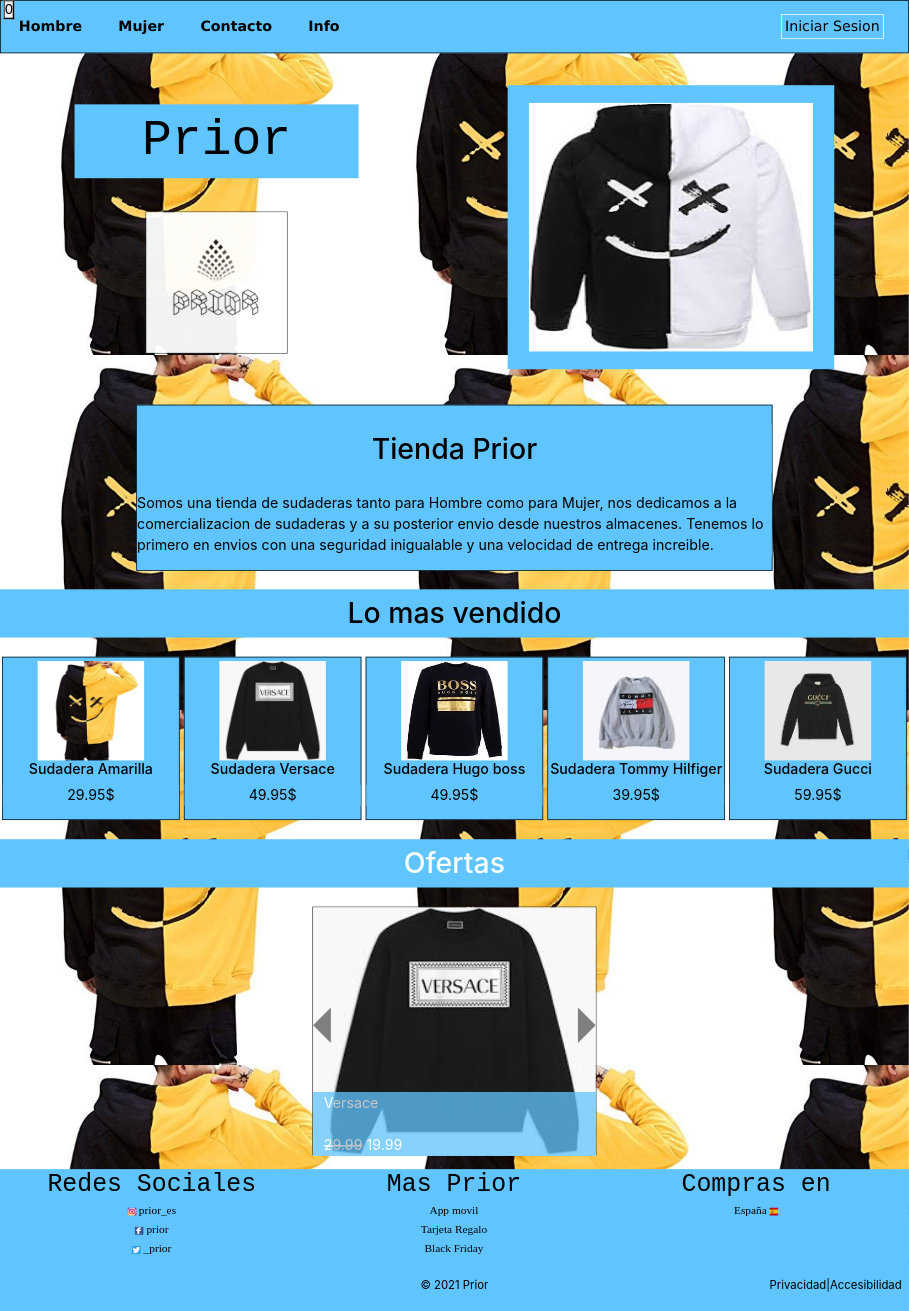
Repository: danilugones10/Proyecto
Page: hombre.html
These files come from the project's save history. The page is drawn as it stood at one moment and after the next save; the edit follows.
The browser window is 1280 px wide. The pictures show the whole page, at 71% of full size.

Above is the page before, as saved 2021-03-08 17:18:24.

### hombre.html
<!DOCTYPE html>
<html lang="en">
<head>
    <meta charset="UTF-8">
    <meta name="viewport" content="width=device-width, initial-scale=1.0">
    <title>Document</title>
    <link rel="stylesheet" href="bootstrap-4.6.0-dist/css/bootstrap.min.css">
    <link rel="stylesheet" href="css/normalize.css">
    <link rel="stylesheet" href="css/style.css">
</head>
<body class="body">
    <header class="header">

    </header>



    <main class="main">

        <section class="section1">
            <div class="section1-titulo">
                <div class="section1-titulo__fondo color__claro">
                    <h1 class="section1-titulo__h1">Prior</h1>
                </div>
                <img src="css/img/Prior.PNG" class="prior-img">
            </div>
            <div class="section1-img color__claro">
                <img src="css/img/sudadera1.jpg" alt="">
            </div>
        </section>

        <section class="section2">
            <div class="section2-prior color__claro">
                <h1>Tienda Prior</h1>
                <p>Somos una tienda de sudaderas tanto para Hombre como para Mujer,
                    nos dedicamos a la comercializacion de sudaderas y a su posterior envio
                    desde nuestros almacenes. Tenemos lo primero en envios con una seguridad
                    inigualable y una velocidad de entrega increible.
                </p>
            </div>
        </section>

        <section class="section3">
            <div class="section3-h1">
                <h1 class="section3-h1-color color__claro">Lo mas vendido</h1>
            </div>
            <div class="section3-imagenes">
                <div class="section3-imagenes__contenedor color__claro">
                    <div class="fondo">
                            <img src="css/img/sudadera_fondo.jpg" width="150px" height="140px" alt="">
                            <h3>Sudadera Amarilla</h3>
                            <p>29.95$</p>
                            <button>Ver detalles</button>
                    </div>
                </div>
                <div class="section3-imagenes__contenedor color__claro">
                    <div class="fondo">
                        <img src="css/img/imagenes/1.jpg" width="150px" height="140px" alt="">
                        <h3>Sudadera Versace</h3>
                        <p>49.95$</p>
                        <button>Ver detalles</button>
                    </div>
                </div>
                <div class="section3-imagenes__contenedor color__claro">
                    <div class="fondo">
                        <img src="css/img/imagenes/2.jpg" width="150px" height="140px" alt="">
                        <h3>Sudadera Hugo boss</h3>
                        <p>49.95$</p>
                        <button>Ver detalles</button>
                    </div>
                </div>
                <div class="section3-imagenes__contenedor color__claro">
                    <div class="fondo">
                        <img src="css/img/imagenes/3.jpg" width="150px" height="140px" alt="">
                        <h3>Sudadera Tommy Hilfiger</h3>
                        <p>39.95$</p>
                        <button>Ver detalles</button>
                    </div>
                </div>
                <div class="section3-imagenes__contenedor color__claro">
                    <div class="fondo">
                        <img src="css/img/imagenes/5.jpg" width="150px" height="140px" alt="">
                        <h3>Sudadera Gucci</h3>
                        <p>59.95$</p>
                        <button>Ver detalles</button>
                    </div>
                </div>
            </div>
        </section>

        <section class="section4">
            <h1 class="section4-h1 color__claro">Ofertas</h1>
            <div class="contenedor">
                <div id="flecha1"></div>
                <div id="flecha2"></div>

                <img src="css/img/imagenes/1.jpg" width="400px" height="350px" alt="" id="imagen">

                <div class="texto">
                    <p id="nombreImagen">Versace</p>
                    <p id="precio"><span>29.99</span> 19.99</p>
                </div>

            </div>
        </section>
    </main>

    <footer class="footer color__claro">
        <div class="grupo">
            <div class="colum">
                <h3>Redes Sociales</h3>
                <div><img src="css/img/Instagram.PNG" width="12px" height="11px" alt=""> prior_es</div>
                <div><img src="css/img/Facebok.PNG" width="12px" height="11px" alt=""> prior</div>
                <div><img src="css/img/Twiter.PNG" width="12px" height="11px" alt=""> _prior</div>
            </div>
            <div class="colum">
                <h3>Mas Prior</h3>
                <div>App movil</div>
                <div>Tarjeta Regalo</div>
                <div>Black Friday</div>
            </div>
            <div class="colum">
                <h3>Compras en</h3>
                <div>España <img src="css/img/España.PNG" width="12px" height="11px" alt=""></div>
            </div>
        </div>
        <br>
        <div class="fin">
            <div>&copy; 2021 Prior <span>Privacidad|Accesibilidad</span> </div>
        </div>
    </footer>
    <script src="js/menu.js"></script>
    <script src="js/oscuro.js"></script>
</body>
</html>

### css/style.css
:root {
  --base: #60c5ff;
  --texto: #000000;
  --nav: #ffffff;
}

.modoOscuro {
  --base: #093f5f;
  --texto: #ffffff;
  --nav: #000000;
}

.header {
  grid-column: 1/2;
  grid-row: 1/2;
  background-color: var(--nav);
  color: var(--texto);
  height: 75px;
}

.menu {
  height: 75px;
  border: 1px solid;
}

.menu__list {
  list-style: none;
  display: flex;
}

.menu__item {
  padding-top: 20px;
  padding-bottom: 23px;
  padding-right: 2%;
  padding-left: 2%;
  font-family: "Lucida Sans", "Lucida Sans Regular", "Lucida Grande", "Lucida Sans Unicode", Geneva, Verdana, sans-serif;
  font-weight: bold;
}

#oscuro {
  margin-left: 5px;
}

a {
  text-decoration: none;
  color: var(--texto);
}

.busqueda {
  display: none;
  position: absolute;
  width: 20%;
  right: 185px;
  top: 25px;
  height: 25px;
  border-radius: 10px;
  outline: none;
}

.inicio {
  position: absolute;
  top: 20px;
  right: 35px;
  background-color: var(--base);
  border: 1px solid white;
  padding: 5px;
  font-family: "Lucida Sans", "Lucida Sans Regular", "Lucida Grande", "Lucida Sans Unicode", Geneva, Verdana, sans-serif;
}
.inicio a {
  text-decoration: none;
}

.hamburguesa {
  position: absolute;
  top: 25px;
  right: 5px;
  cursor: pointer;
  display: none;
}

.inicio:hover {
  background-color: #A3E4D7;
}
.inicio:hover a {
  color: black;
}

.menu__item:hover {
  background-color: var(--base);
  color: var(--texto);
}
.menu__item:hover a {
  color: black;
}

@media (max-width: 767px) {
  .menu {
    background-color: var(--nav);
    height: 75px;
  }

  .menu__list {
    list-style: none;
    display: inline-block;
  }

  .menu__item {
    padding-top: 19px;
    padding-bottom: 20px;
    padding-right: 2%;
    padding-left: 2%;
    font-family: "Lucida Sans", "Lucida Sans Regular", "Lucida Grande", "Lucida Sans Unicode", Geneva, Verdana, sans-serif;
    visibility: hidden;
  }

  .menu__item:hover {
    width: 100px;
  }

  .busqueda {
    display: block;
    position: absolute;
    width: 35%;
    right: 200px;
    top: 25px;
    height: 25px;
    border-radius: 20px;
  }

  .inicio {
    position: absolute;
    top: 20px;
    right: 35px;
    border: 1px solid white;
    padding: 5px;
    font-family: "Lucida Sans", "Lucida Sans Regular", "Lucida Grande", "Lucida Sans Unicode", Geneva, Verdana, sans-serif;
  }
  .inicio a {
    text-decoration: none;
  }

  .hamburguesa {
    position: absolute;
    top: 25px;
    right: 5px;
    cursor: pointer;
    display: block;
  }

  .inicio:hover {
    background-color: #A3E4D7;
    color: black;
  }

  .menu__item:hover {
    background-color: var(--base);
    color: var(--texto);
  }
}
.main {
  grid-column: 1/2;
  grid-row: 2/3;
}

.section1 {
  display: flex;
  flex-flow: wrap;
  justify-content: space-around;
  width: 100%;
}
.section1 .section1-titulo {
  width: 400px;
  height: 400px;
  text-align: center;
}
.section1 .section1-titulo .section1-titulo__fondo .section1-titulo__h1 {
  font-size: 70px;
  font-family: "Courier New", Courier, monospace;
}
.section1 .section1-titulo .prior-img {
  opacity: 95%;
  width: 200px;
  height: 200px;
  border: 1px solid;
  transition: 1s;
}
.section1 .section1-titulo .prior-img:hover {
  transform: scale(1.3);
}
.section1 .section1-img {
  width: 460px;
  height: 400px;
  text-align: center;
  padding-top: 25px;
  margin-top: 20px;
}
.section1 .section1-img img {
  width: 400px;
  height: 350px;
  transition: 1s;
}
.section1 .section1-img img:hover {
  transform: scale(1.1);
}

.section2 {
  width: 100%;
  display: flex;
  justify-content: center;
  padding-top: 50px;
  color: white;
}
.section2 .section2-prior {
  border: 1px solid;
  width: 70%;
}

.section3 {
  width: 100%;
  display: flex;
  flex-wrap: wrap;
  color: white;
}
.section3 .section3-h1 {
  width: 100%;
  text-align: center;
}
.section3 .section3-imagenes {
  display: flex;
  flex-wrap: wrap;
  justify-content: space-around;
  width: 100%;
  text-align: center;
}
.section3 .section3-imagenes .section3-imagenes__contenedor {
  position: relative;
  border: 1px solid;
  padding-top: 5px;
  width: 250px;
  height: 230px;
}
.section3 .section3-imagenes .section3-imagenes__contenedor button {
  display: none;
}
.section3 .section3-imagenes .section3-imagenes__contenedor h3 {
  font-size: 20px;
}
.section3 .section3-imagenes .section3-imagenes__contenedor:hover .fondo {
  position: absolute;
  top: 0;
  left: 0;
  width: 100%;
  height: 100%;
  background-color: rgba(0, 0, 0, 0.6);
  z-index: 100;
}
.section3 .section3-imagenes .section3-imagenes__contenedor:hover button {
  display: inline;
  position: absolute;
  top: 40%;
  left: 30%;
}

.section4 {
  width: 100%;
  margin-top: 5px;
}
.section4 h1 {
  color: white;
  text-align: center;
}
.section4 .contenedor {
  margin: auto;
  margin-bottom: 20px;
  width: 400px;
  height: 350px;
  background-color: aquamarine;
  z-index: 100;
  position: relative;
  border: 1px solid;
}
.section4 .contenedor img {
  width: 100vw;
}
.section4 .contenedor .texto {
  background-color: var(--base);
  opacity: 75%;
  margin-top: -90px;
}
.section4 .contenedor .texto #nombreImagen {
  color: white;
  margin-left: 15px;
}
.section4 .contenedor .texto #precio {
  color: white;
  padding-top: 10px;
  margin-left: 15px;
}
.section4 .contenedor .texto #precio span {
  text-decoration: line-through;
}
.section4 .contenedor #flecha1 {
  content: "";
  position: absolute;
  border-right: 2vw solid gray;
  border-bottom: 2vw solid transparent;
  border-top: 2vw solid transparent;
  bottom: 45%;
  left: 0;
  cursor: pointer;
}
.section4 .contenedor #flecha2 {
  content: "";
  position: absolute;
  border-left: 2vw solid gray;
  border-bottom: 2vw solid transparent;
  border-top: 2vw solid transparent;
  bottom: 45%;
  right: 0;
  cursor: pointer;
}

.footer {
  grid-column: 1/2;
  grid-row: 3/4;
  color: var(--texto);
  background-color: var(--nav);
  border: 1px solid var(--base);
  height: 200px;
}

.grupo {
  display: flex;
}

.colum {
  text-align: center;
  width: 33.3%;
  height: 120px;
}

.colum h3 {
  margin-bottom: 0px;
  font-family: "Courier New", Courier, monospace;
}

.colum div {
  margin-top: 3px;
  font-size: 16px;
  font-family: "Times New Roman", Times, serif;
}

.fin {
  width: 100%;
}

.fin div {
  font-size: 16px;
  text-align: center;
}

.fin div span {
  position: absolute;
  right: 10px;
  font-size: 16px;
}

@media (max-width: 767px) {
  .fin {
    padding-top: 10px;
  }
}
.card_width {
  min-width: 400px;
  max-width: 33%;
}

.main p {
  color: var(--texto);
}
.main h5 {
  color: var(--texto);
}
.main .entrega {
  width: 70%;
  margin: auto;
}
.main .entrega p {
  padding: 10px;
  border-radius: 20px;
  border: 2px solid;
}
.main .pagos {
  width: 30%;
  min-width: 300px;
  margin: auto;
  border-radius: 20px;
  border: 2px solid;
  color: var(--texto);
  background-color: var(--base);
}
.main .pagos ul {
  list-style: none;
}
.main .pagos ul li {
  padding: 10px;
}

h1 {
  background-color: var(--base);
  color: var(--texto);
  padding: 10px;
  text-align: center;
}

p {
  color: var(--texto);
  background-color: var(--base);
}

.cuadro {
  display: flex;
  justify-content: space-around;
  flex-wrap: wrap;
}

.cajita {
  color: var(--texto);
  background-color: var(--base);
  min-width: 450px;
  height: 300px;
  margin-bottom: 10px;
}

.accordion .card {
  color: var(--texto);
  background-color: var(--base);
}
.accordion .card .card-body {
  background-color: rgba(0, 0, 0, 0.3);
}
.accordion .card button {
  color: var(--texto);
}

.contacto-form {
  height: 350px;
  margin: auto;
  width: 75%;
  color: var(--texto);
  background-color: var(--base);
}
.contacto-form fieldset {
  border: 1px solid;
}

.tabla {
  text-align: center;
  width: 90%;
  background-color: var(--base);
  margin: auto;
  margin-bottom: 10px;
}

th {
  color: var(--texto);
}

td {
  color: var(--texto);
}

.carrouselMujer {
  max-width: 500px;
  margin: auto;
  border: 1px solid;
}

.carousel-control-prev-icon {
  background-color: black;
}

.carousel-control-next-icon {
  background-color: black;
}

* {
  margin: 0;
  padding: 0;
  font-size: 20px;
}
* h1 {
  color: var(--texto);
}
* h5 {
  color: var(--texto);
}
* p {
  color: var(--texto);
}

body {
  display: grid;
  grid-template-columns: 100%;
  grid-template-rows: 100px auto 200px;
  background-image: url(img/sudadera_fondo.jpg);
}

#oscuro {
  position: absolute;
  top: 0;
  left: 0;
}

.color__claro {
  background-color: var(--base);
  color: var(--texto);
}

@media (max-width: 767px) {
  body {
    grid-template-rows: 350px auto 200px;
  }

  .main {
    margin-top: -250px;
  }
}

/*# sourceMappingURL=style.css.map */

### js/menu.js
const header=document.querySelector('.header');
const nav=document.createElement('nav');
nav.className="menu color__claro";
const ul=document.createElement('ul');
ul.className="menu__list";
const fragment=document.createDocumentFragment();

const bot=document.createElement('button');
bot.id="oscuro";
bot.textContent="0";
nav.appendChild(bot);

const li=document.createElement('li');
li.className="menu__item";
const a=document.createElement('a');
a.href="hombre.html";
a.textContent="Hombre";
li.appendChild(a)
fragment.appendChild(li);

const li2=document.createElement('li');
li2.textContent="Mujer";
li2.className="menu__item";
fragment.appendChild(li2);

const li3=document.createElement('li');
li3.textContent="Contacto";
li3.className="menu__item";
fragment.appendChild(li3);

const li4=document.createElement('li');
li4.className="menu__item";
const a4=document.createElement('a');
a4.href="info.html";
a4.textContent="Info";
li4.appendChild(a4)
fragment.appendChild(li4);

const li5=document.createElement('input');
li5.setAttribute('placeholder', '   buscar');
li5.className="busqueda";
li5.id="busqueda";
fragment.appendChild(li5);

const li6=document.createElement('li');
const button6=document.createElement('button');
button6.className="inicio";
const a6=document.createElement('a');
a6.href="formulario.html";
a6.textContent="Iniciar Sesion";
button6.appendChild(a6);
li6.appendChild(button6);
fragment.appendChild(button6);

const hamb=document.createElement('label');
hamb.innerHTML="<span>&#9776;</span>";
hamb.className="hamburguesa";
fragment.appendChild(hamb);

ul.appendChild(fragment);
nav.appendChild(ul);
header.appendChild(nav);

const hamburguesa=document.querySelector('.hamburguesa');
const menu=document.querySelector('.menu');
const main=document.querySelector('.main');
const body=document.querySelector('.main');

    hamburguesa.addEventListener('click', ()=>{

        if(window.innerWidth<767){

            if( menu.style.height==="75px"){
                menu.style.height="100%";
                body.style.marginTop="0px";
                li.style.visibility="visible";
                li2.style.visibility="visible";
                li3.style.visibility="visible";
                li4.style.visibility="visible";
            }
            else{
                menu.style.height="75px";
                body.style.marginTop="-200px";
                li.style.visibility="hidden";
                li2.style.visibility="hidden";
                li3.style.visibility="hidden";
                li4.style.visibility="hidden";

            }
        }
    })

    window.addEventListener("resize",() => {
        if (this.window.innerWidth>767) {
            body.style.marginTop="0px";
            li.style.visibility="visible";
            li2.style.visibility="visible";
            li3.style.visibility="visible";
            li4.style.visibility="visible";
        }
        else{
            menu.style.height="75px";
            body.style.marginTop="-200px";
            li.style.visibility="hidden";
            li2.style.visibility="hidden";
            li3.style.visibility="hidden";
            li4.style.visibility="hidden";
        }
     })

### js/oscuro.js
const botonOscuro=document.getElementById('oscuro');
const menus=document.querySelector('.menu');
const section1Titulo=document.querySelector('.section1-titulo__fondo');
const section1Img=document.querySelector('.section1-img');
const section2Prior=document.querySelector('.section2-prior');
const section3H1=document.querySelector('.section3-h1-color');
const section3Conte=document.querySelectorAll('.section3-imagenes__contenedor');
const section4H1=document.querySelector('.section4-h1');
const footer=document.querySelector('.footer');

botonOscuro.addEventListener("click", ()=>{
    if (menus.className=="menu color__claro") {
        menus.className="menu color__oscuro"
        section1Titulo.className="section1-titulo__fondo color__oscuro"
        section1Img.className="section1-img color__oscuro"
        section2Prior.className="section2-prior color__oscuro"
        section3H1.className="section3-h1-color color__oscuro"
        section4H1.className="section4-h1 color__oscuro"
        footer.className="footer color__oscuro"
        for (let index = 0; index < section3Conte.length; index++) {
            const element = section3Conte[index];
            element.className="section3-imagenes__contenedor color__oscuro"
        }

    }
    else{
        menus.className="menu color__claro"
        section1Titulo.className="section1-titulo__fondo color__claro"
        section1Img.className="section1-img color__claro"
        section2Prior.className="section2-prior color__claro"
        section3H1.className="section3-h1-color color__claro"
        section4H1.className="section4-h1 color__claro"
        footer.className="footer color__claro"
        for (let index = 0; index < section3Conte.length; index++) {
            const element = section3Conte[index];
            element.className="section3-imagenes__contenedor color__claro"
        }

    }
})

Loaded but not shown: bootstrap-4.6.0-dist/css/bootstrap.min.css (library); css/normalize.css (library)

After the next save:
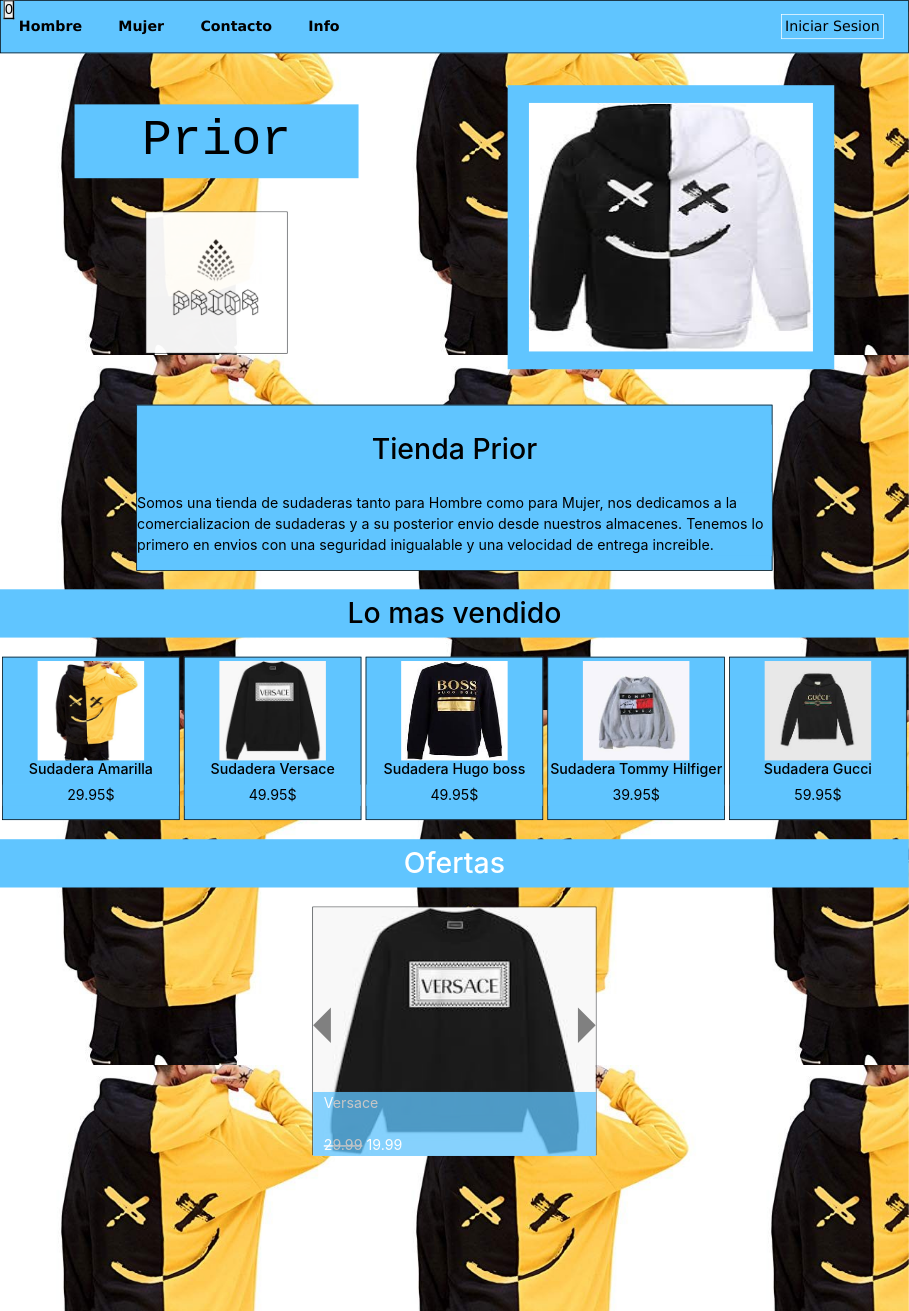
Saved 19 s later.
--- a/hombre.html
+++ b/hombre.html
@@ -105,30 +105,6 @@
         </section>
     </main>
 
-    <footer class="footer color__claro">
-        <div class="grupo">
-            <div class="colum">
-                <h3>Redes Sociales</h3>
-                <div><img src="css/img/Instagram.PNG" width="12px" height="11px" alt=""> prior_es</div>
-                <div><img src="css/img/Facebok.PNG" width="12px" height="11px" alt=""> prior</div>
-                <div><img src="css/img/Twiter.PNG" width="12px" height="11px" alt=""> _prior</div>
-            </div>
-            <div class="colum">
-                <h3>Mas Prior</h3>
-                <div>App movil</div>
-                <div>Tarjeta Regalo</div>
-                <div>Black Friday</div>
-            </div>
-            <div class="colum">
-                <h3>Compras en</h3>
-                <div>España <img src="css/img/España.PNG" width="12px" height="11px" alt=""></div>
-            </div>
-        </div>
-        <br>
-        <div class="fin">
-            <div>&copy; 2021 Prior <span>Privacidad|Accesibilidad</span> </div>
-        </div>
-    </footer>
     <script src="js/menu.js"></script>
     <script src="js/oscuro.js"></script>
 </body>
